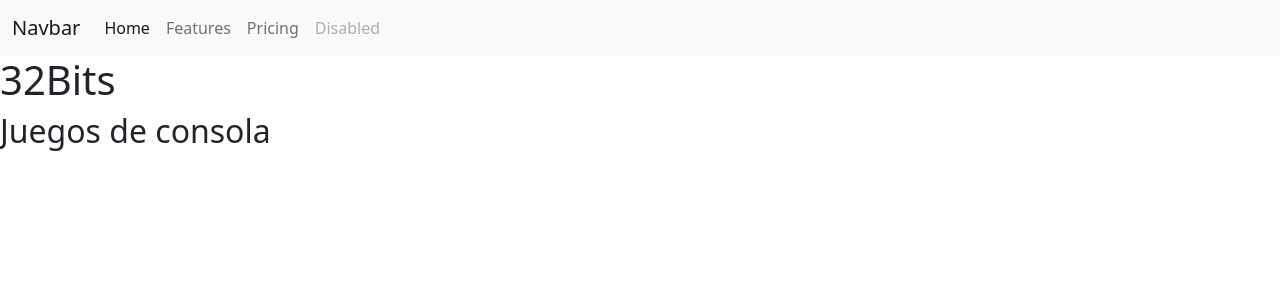
Repository: jose-269/32bits-4
Page: /
These files come from the project's save history. The page is drawn as it stood at one moment and after the next save; the edit follows.
The browser window is 1280 px wide. The pictures show the whole page.
The project was rebuilt for these pictures with package versions that can differ from the ones it lists, and the page was loaded fresh each time.

Above is the page before, as saved 2021-04-27 23:43:53.

After the next save:
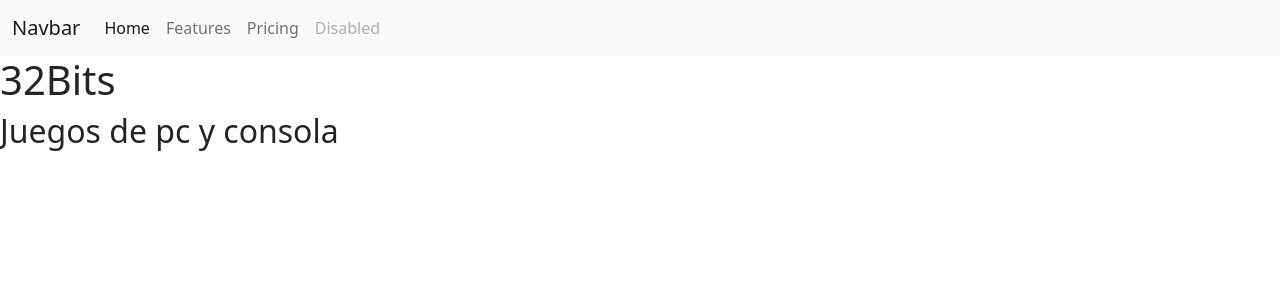
Saved 10 s later.
--- a/src/views/Home.vue
+++ b/src/views/Home.vue
@@ -1,7 +1,7 @@
 <template>
   <div class="home">
     <h1>32Bits</h1>
-    <h2>Juegos de consola</h2>
+    <h2>Juegos de pc y consola</h2>
   </div>
 </template>
 
